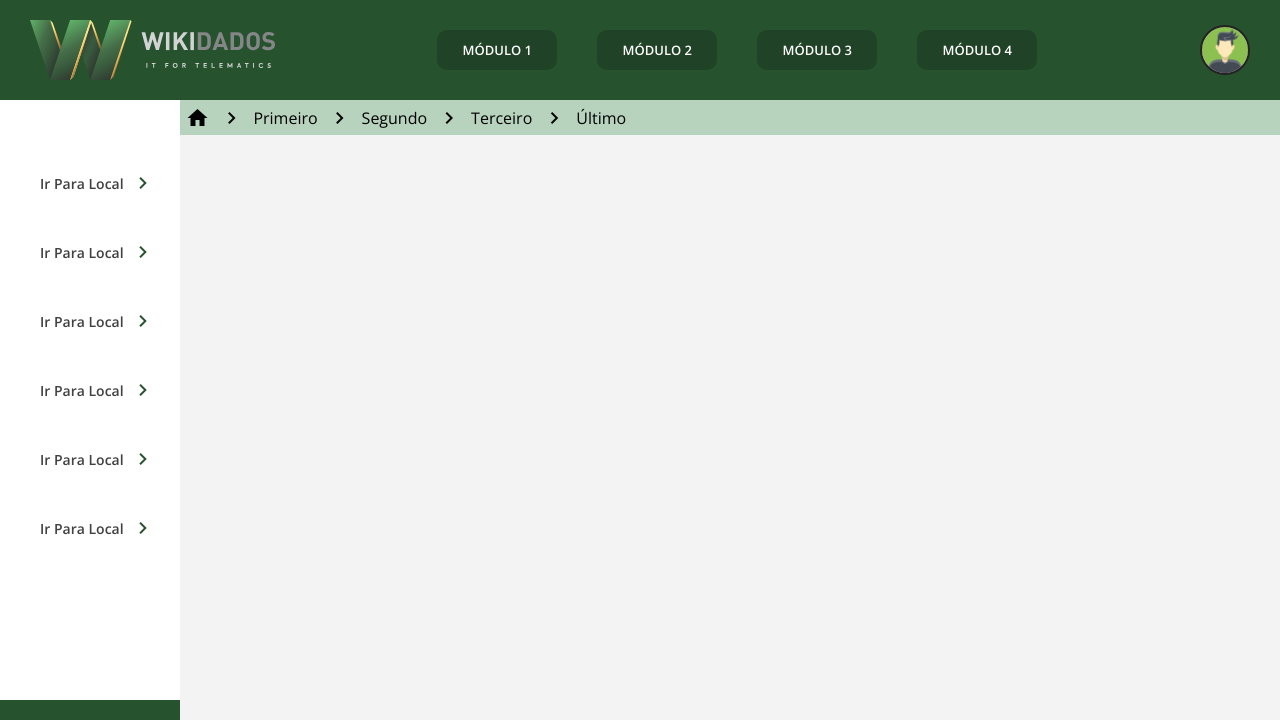
Repository: AlexDjon/alexdjon.github.io
Page: wiki-relayout/index.html
An editor plug-in stored every save of this project. The page is shown before and after the next save, followed by the edit.
The browser window is 1280 px wide. The pictures show the whole page.

Above is the page before, as saved 2020-08-12 15:47:51.

After the next save:
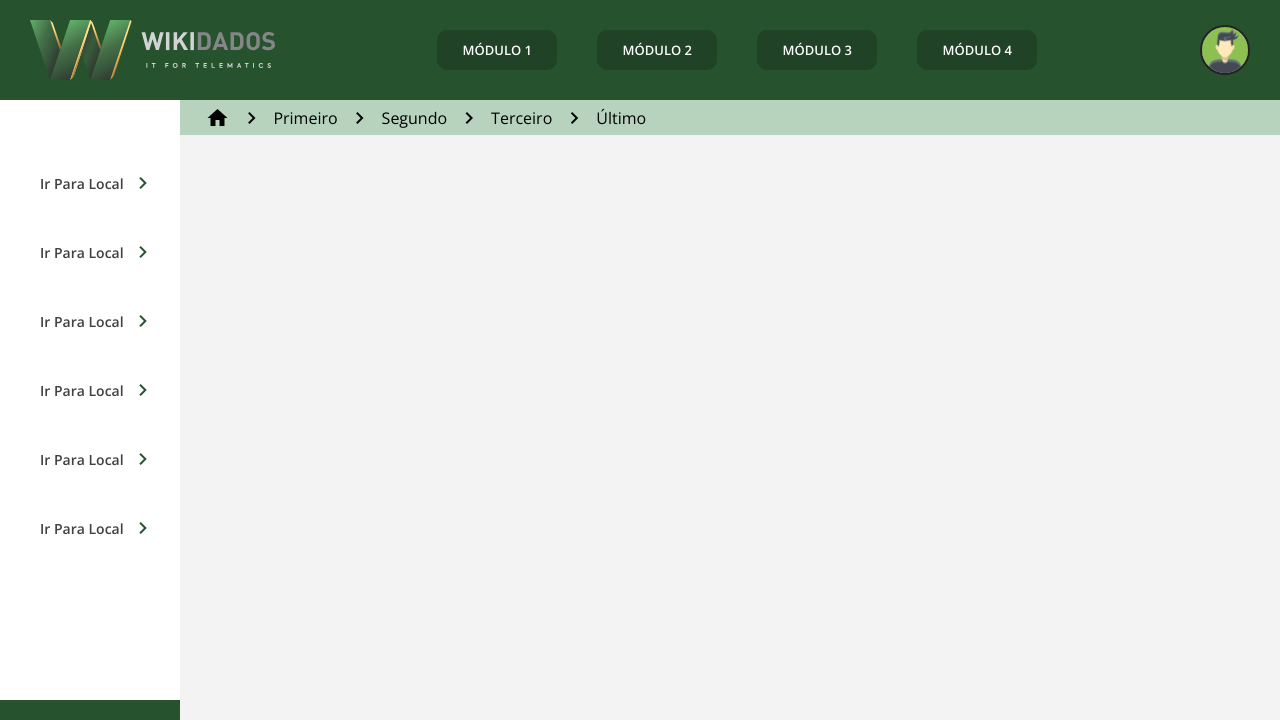
Saved 17 s later.
--- a/wiki-relayout/css/styles.css
+++ b/wiki-relayout/css/styles.css
@@ -165,8 +165,9 @@ body {
 
 .meio .barra {
   width: 100%;
+  height: 35px;
+  padding: 0 20px;
   margin-bottom: 10px;
-  height: 35px;
   background-color: var(--verdeW-semi);
 }
 /*
